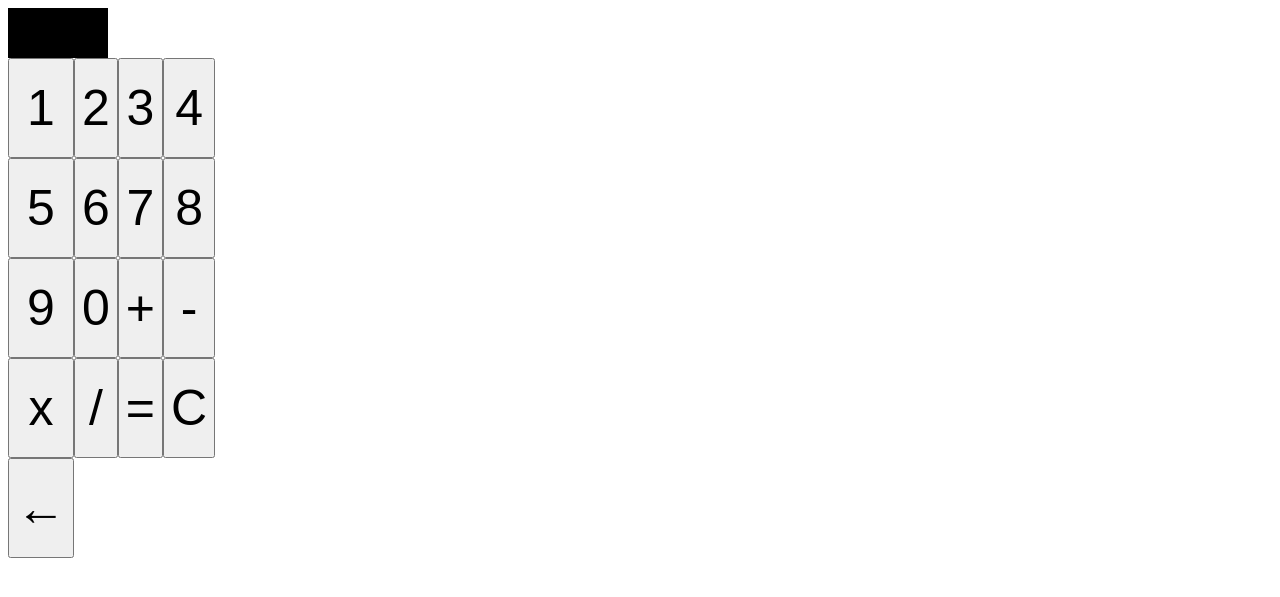
Repository: TEazy2433/LAB-calculator
Page: index.html
These files come from the project's save history. The page is drawn as it stood at one moment and after the next save; the edit follows.
The browser window is 1280 px wide. The pictures show the whole page.

Above is the page before, as saved 2023-10-13 18:04:11.

After the next save:
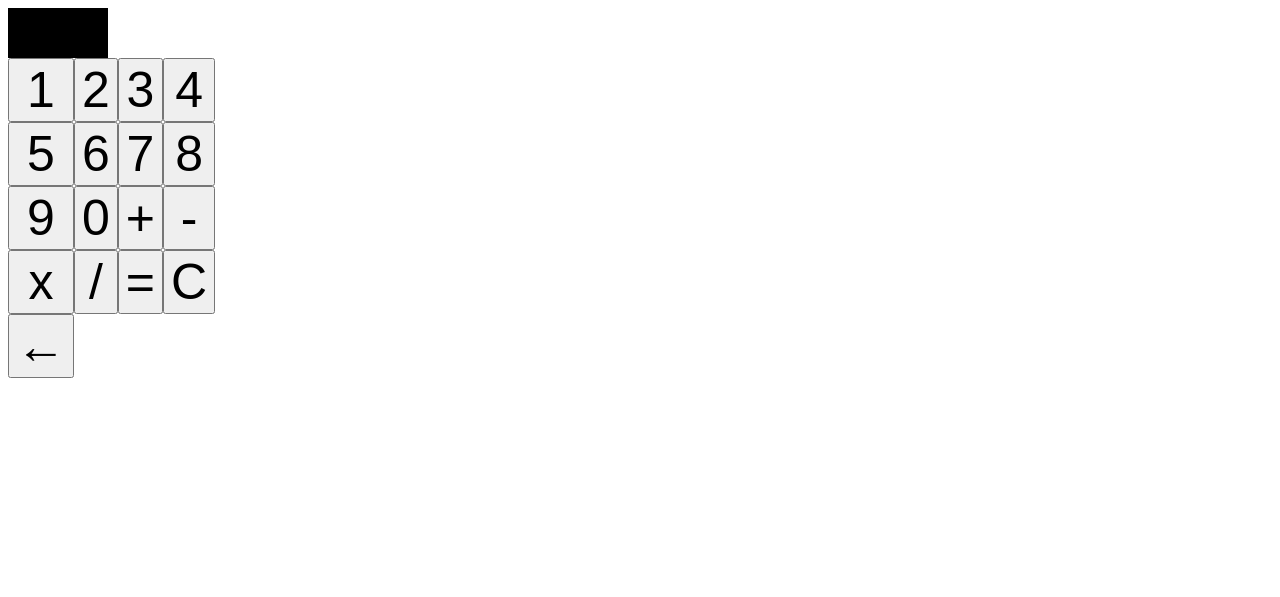
Saved 11 s later.
--- a/main.css
+++ b/main.css
@@ -10,8 +10,7 @@
 .buttons{
   display: grid;
   grid-template-columns: repeat(4, 1fr);
-  height: 500px;
-  width: 800x;
+
 }
 button{
   font-size: 50px;
